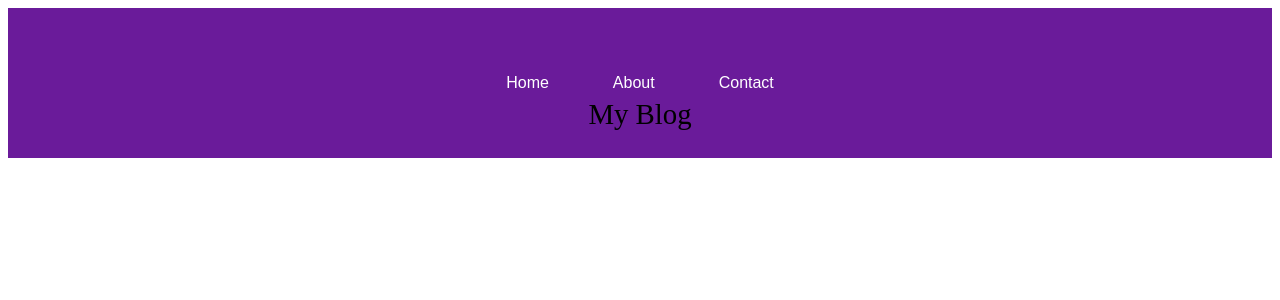
Repository: Femi007-gh/BLOG
Page: index.html
The author's editor kept a copy of each file at every save. The page is drawn from the files as they stood at one save, then again after a run of saves.
The browser window is 1280 px wide. The pictures show the whole page.

Above is the page before, as saved 2025-01-08 07:32:37.

After the next 2 saves:
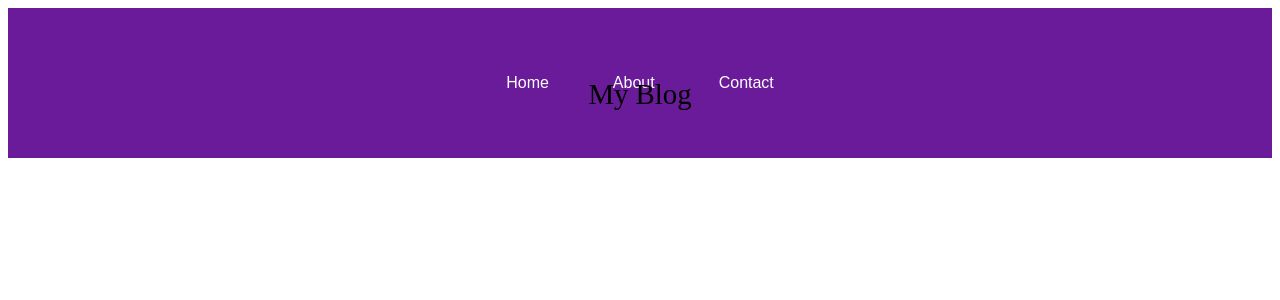
The 2 saves are shown as one change because they came seconds apart.
The last was saved 6 s later.
--- a/style.css
+++ b/style.css
@@ -28,7 +28,7 @@ nav {
     }
 
     p {
-      margin-top: -60px;
+      margin-top: -80px;
       font-size: 1.8rem;
 
       text-align: center;
